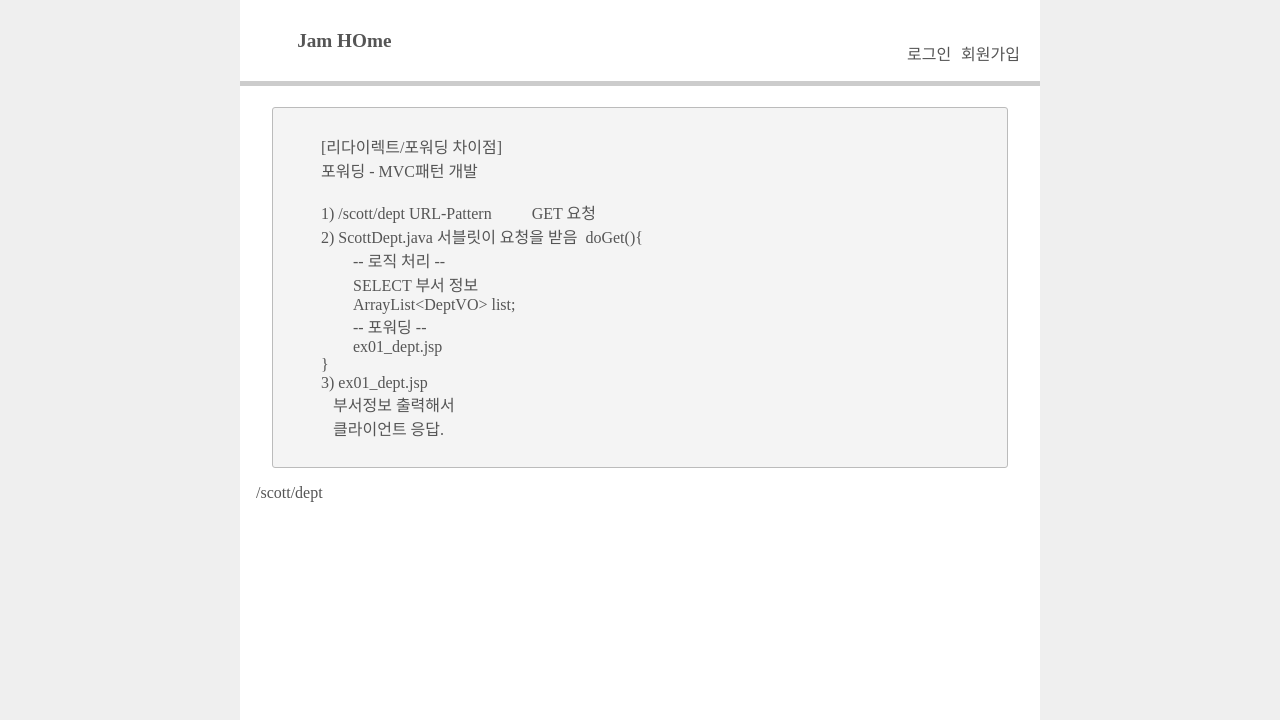
Repository: woals5636/JSPClass
Page: http://localhost/jspPro/days04/ex01.jsp
These files come from the project's save history. The page is drawn as it stood at one moment and after the next save; the edit follows.
The browser window is 1280 px wide. The pictures show the whole page.
Some web fonts or font styles are not loaded; a fallback is used. The page is served by Tomcat 9.

Above is the page before, as saved 2024-10-18 01:00:27.

After the next save:
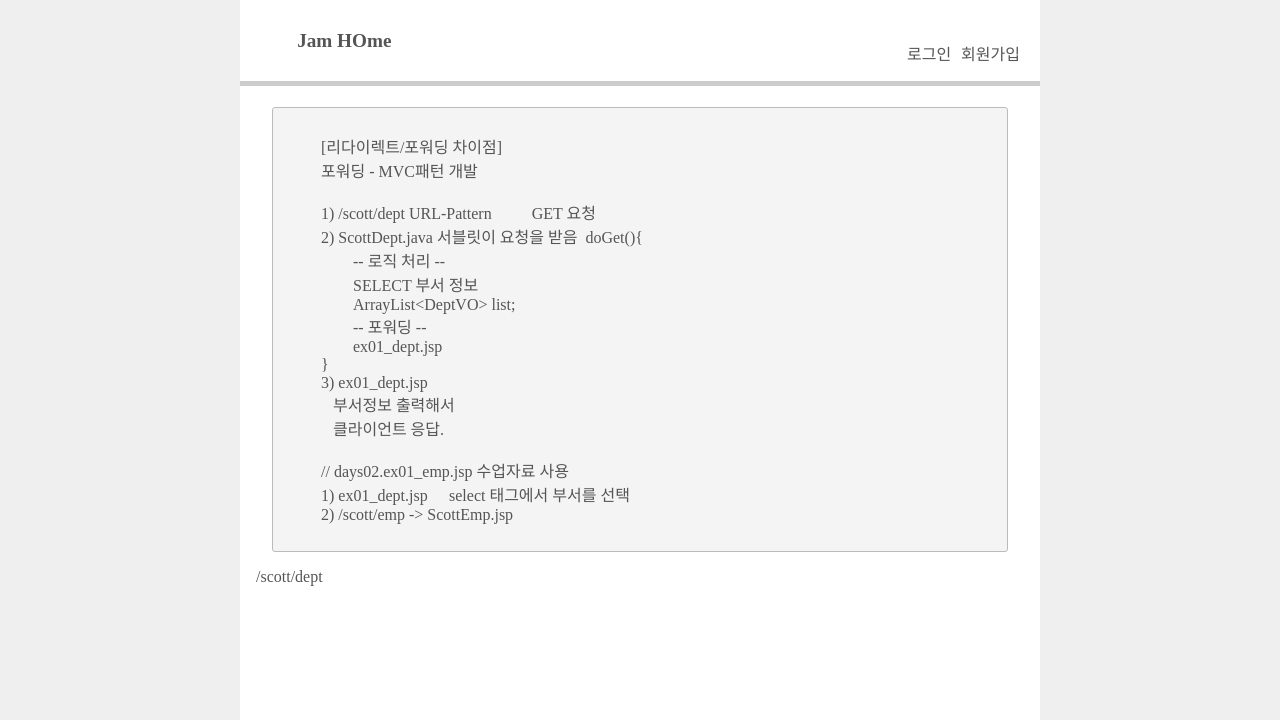
Saved 3 min 37 s later.
--- a/jspPro/src/main/webapp/days04/ex01.jsp
+++ b/jspPro/src/main/webapp/days04/ex01.jsp
@@ -40,6 +40,10 @@
   	3) ex01_dept.jsp
   	   부서정보 출력해서
   	   클라이언트 응답.
+
+  	// days02.ex01_emp.jsp 수업자료 사용
+  	1) ex01_dept.jsp	select 태그에서 부서를 선택
+  	2) /scott/emp -> ScottEmp.jsp
   </xmp>
 
   <%
